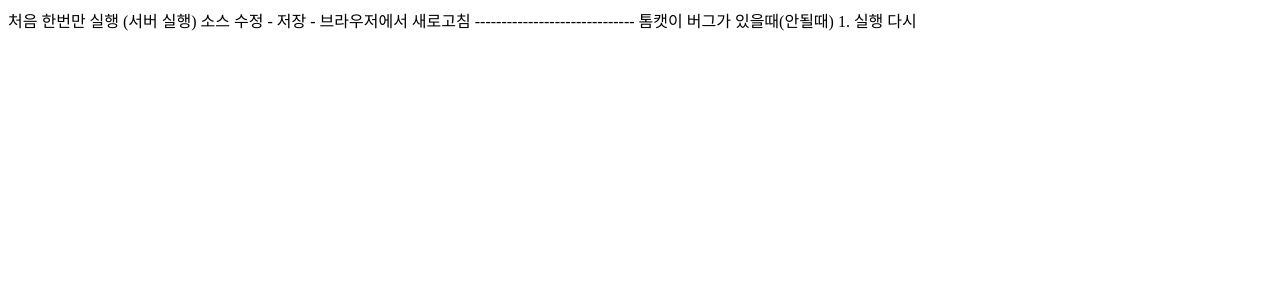
Repository: AiharaAkira/jsp
Page: WebWorkSpace/01_Servlet/src/main/webapp/NewFile.html
These files come from the project's save history. The page is drawn as it stood at one moment and after the next save; the edit follows.
The browser window is 1280 px wide. The pictures show the whole page.

Above is the page before, as saved 2021-11-03 04:16:36.

After the next save:
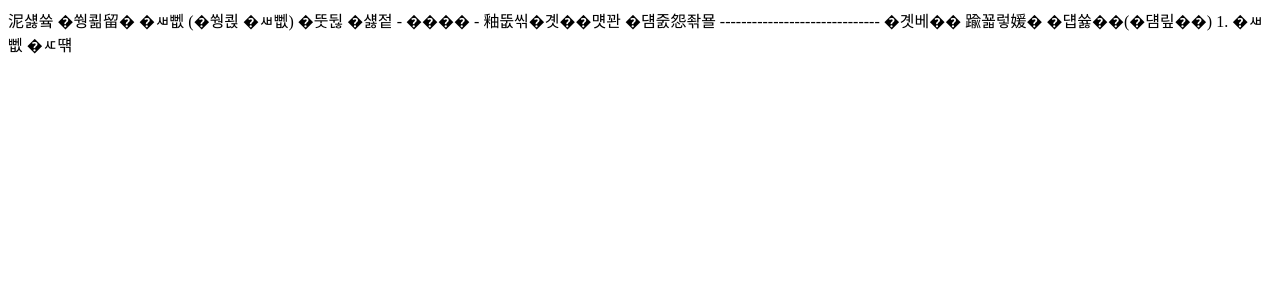
Saved 39 s later.
--- a/WebWorkSpace/01_Servlet/src/main/webapp/NewFile.html
+++ b/WebWorkSpace/01_Servlet/src/main/webapp/NewFile.html
@@ -1,7 +1,7 @@
 <!DOCTYPE html>
 <html>
 <head>
-<meta charset="UTF-8">
+<meta charset="EUC-KR">
 <title>Insert title here</title>
 </head>
 <body>

After the save that followed:
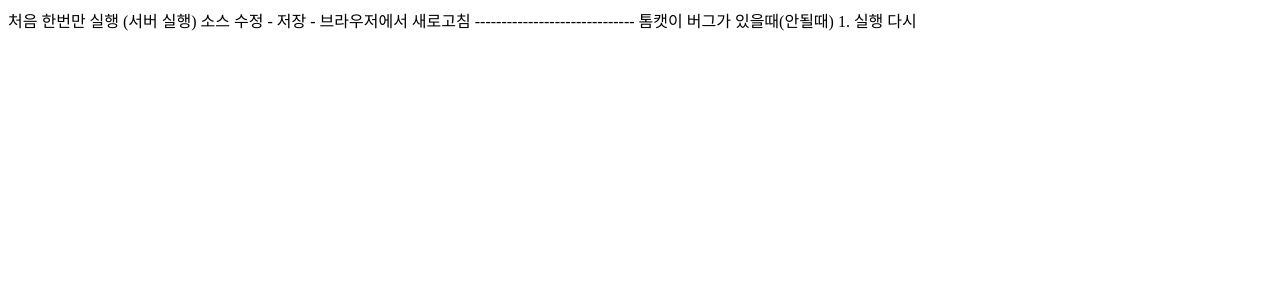
Saved 10 s later.
--- a/WebWorkSpace/01_Servlet/src/main/webapp/NewFile.html
+++ b/WebWorkSpace/01_Servlet/src/main/webapp/NewFile.html
@@ -1,7 +1,7 @@
 <!DOCTYPE html>
 <html>
 <head>
-<meta charset="EUC-KR">
+<meta charset="UTF-8">
 <title>Insert title here</title>
 </head>
 <body>
